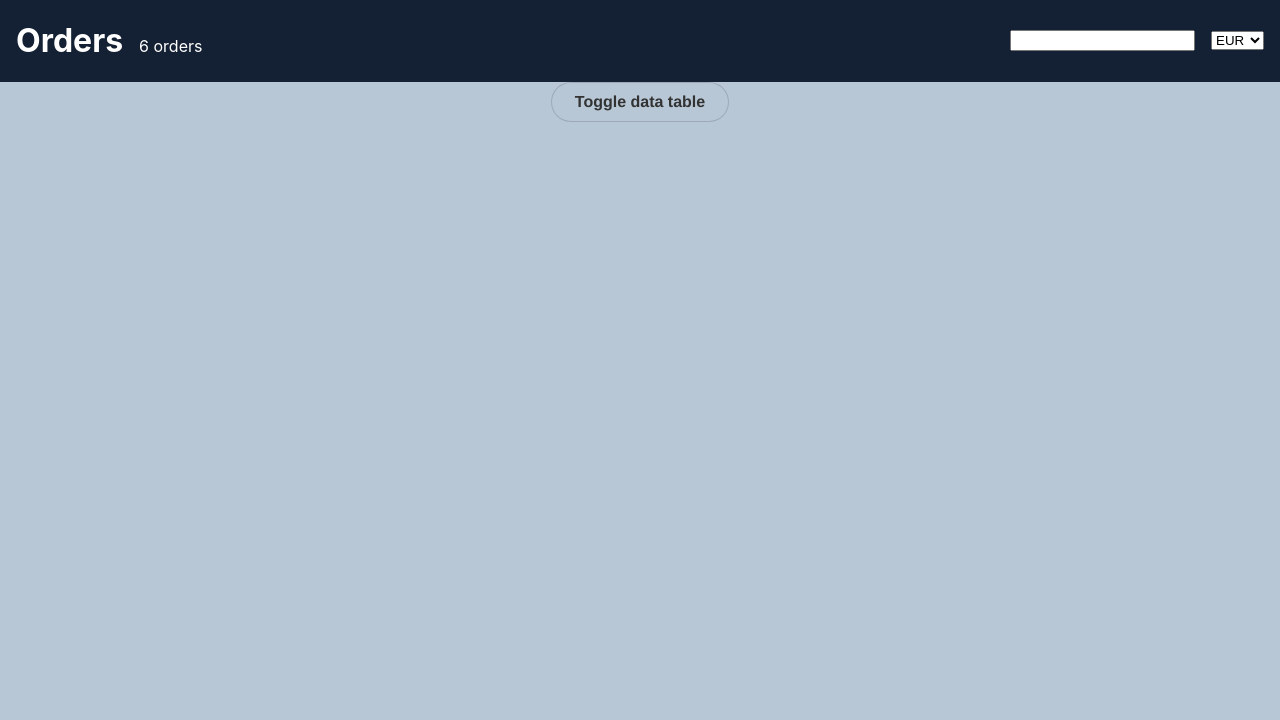
Repository: PreetiToppo/Assignment_Question_1
Page: /
These files come from the project's save history. The page is drawn as it stood at one moment and after the next save; the edit follows.
The browser window is 1280 px wide. The pictures show the whole page.
The project was rebuilt for these pictures with package versions that can differ from the ones it lists, and the page was loaded fresh each time. Also part of the build but not shown: src/component/list/ListRow.module.css, src/component/list/ListRow.jsx, src/component/list/ListRowCell.module.css, src/component/list/ListRowCell.jsx, src/component/list/ListHeader.jsx, src/component/list/ListHeaderCell.module.css, src/component/list/ListHeaderCell.jsx, src/component/list/List.module.css and 3 more.

Above is the page before, as saved 2023-08-06 14:51:32.

After the next save:
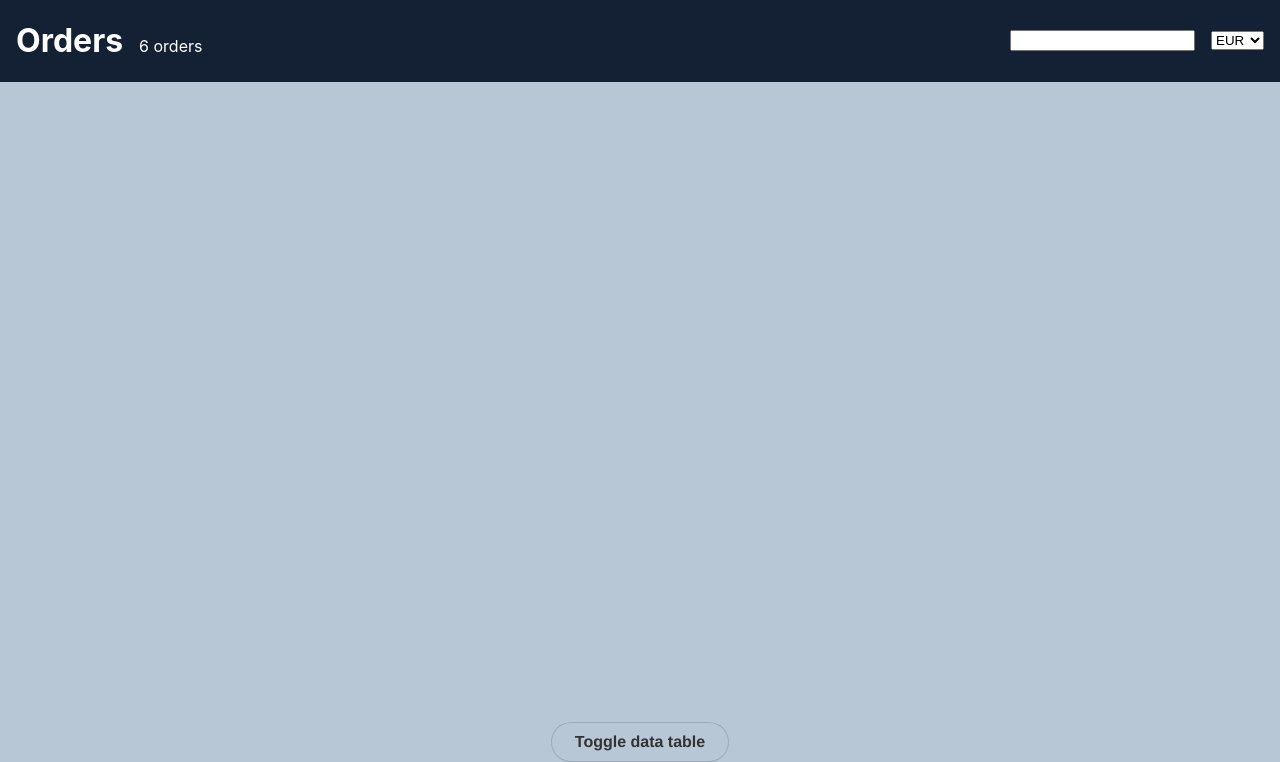
Saved 14 s later.
--- a/src/pages/Dashboard.module.css
+++ b/src/pages/Dashboard.module.css
@@ -29,7 +29,7 @@
 
 .toggleButton {
   display: flex;
-  top: 50%;
+  margin-top: 50%;
   justify-content: center;
   align-items: center;
 }
